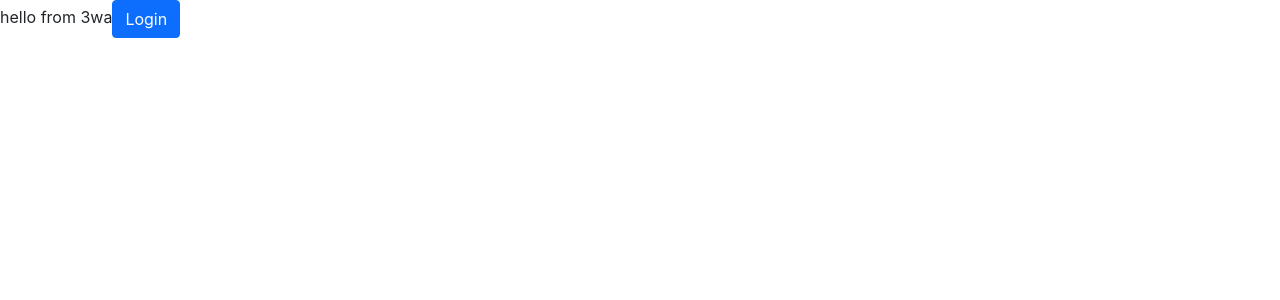
Repository: FS-23/react-task-manager
Page: /login
These files come from the project's save history. The page is drawn as it stood at one moment and after the next save; the edit follows.
The browser window is 1280 px wide. The pictures show the whole page.
The project was rebuilt for these pictures with package versions that can differ from the ones it lists, and the page was loaded fresh each time.

Above is the page before, as saved 2022-04-28 12:45:45.

After the next save:
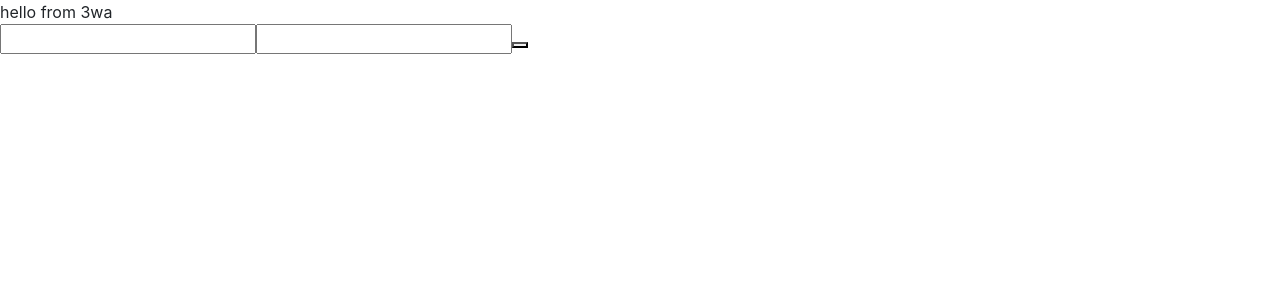
Saved 6 min 41 s later.
--- a/src/components/Login.js
+++ b/src/components/Login.js
@@ -1,7 +1,13 @@
 function Login(){
      return(
          <>
-             <button className="btn btn-primary">Login</button>
+             <div>
+                 <form>
+                     <input />
+                     <input />
+                     <button></button>
+                 </form>
+             </div>
          </>
      )
 }
